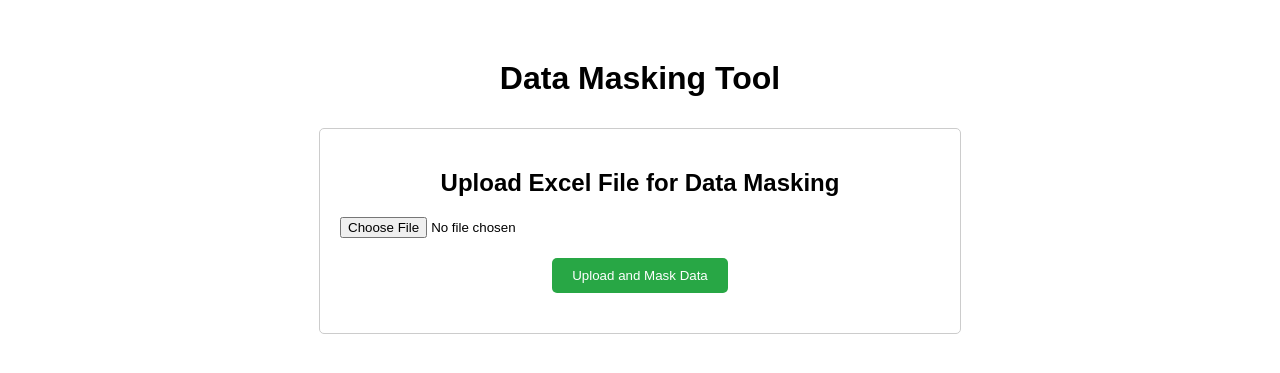
Repository: prithika12/DataMasking_Tool
Page: index.html
These files come from the project's save history. The page is drawn as it stood at one moment and after the next save; the edit follows.
The browser window is 1280 px wide. The pictures show the whole page.

Above is the page before, as saved 2024-07-09 11:24:27.

After the next save:
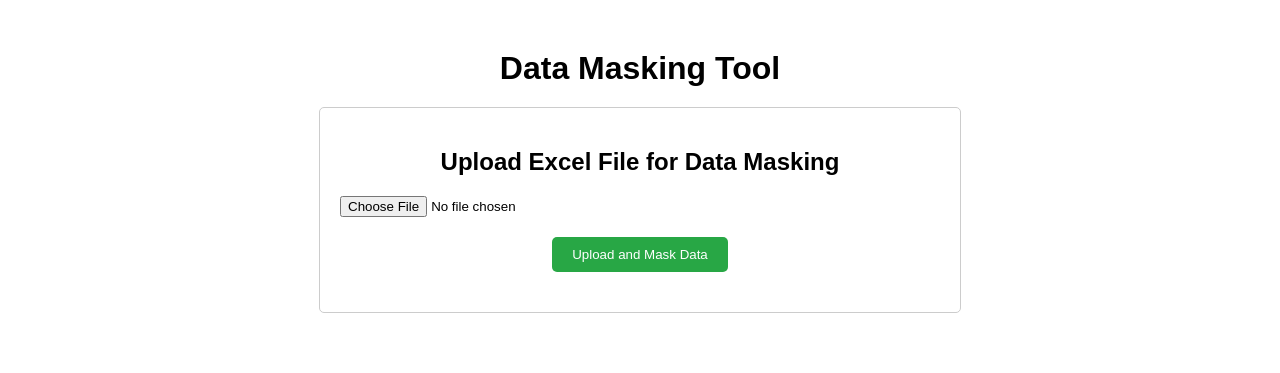
Saved 19 s later.
--- a/index.html
+++ b/index.html
@@ -19,7 +19,7 @@
         }
         h1 {
             text-align: center;
-            padding: 10px 20px;
+           margin-bottom: 20px;
         }
         input[type="file"] {
             display: block;
